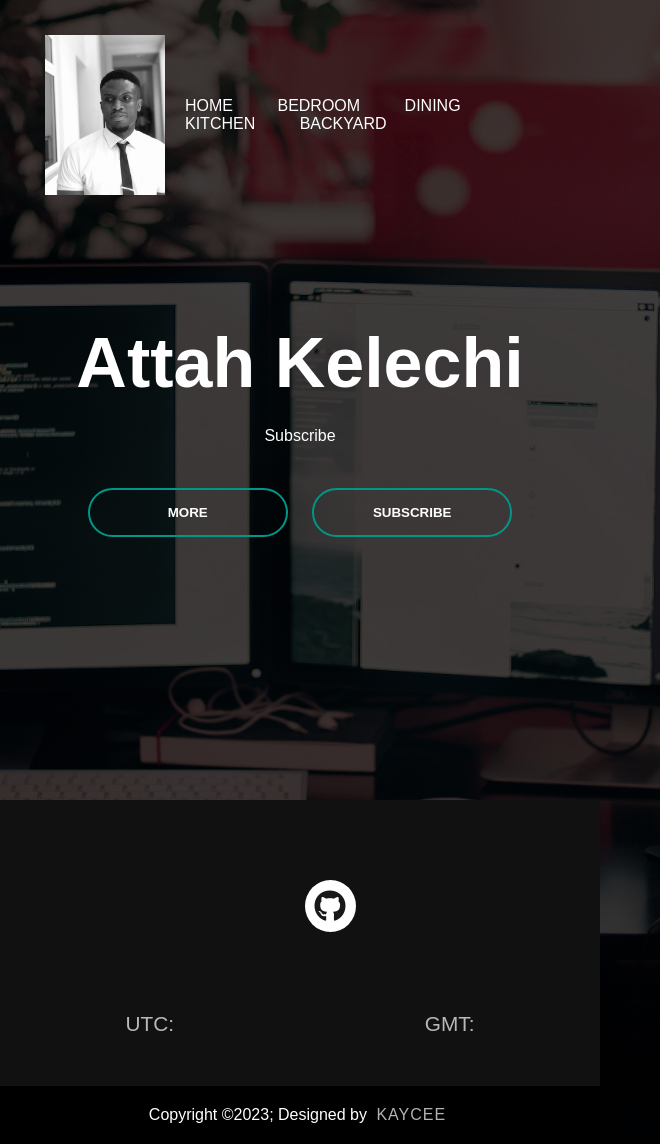
Repository: Kaycee-attah/HNG-Internship_2023
Page: index.html
The author's editor kept a copy of each file at every save. The page is drawn from the files as they stood at one save, then again after the next save.
The browser window is 600 px wide. The page is 660 px wide, so the pictures cover 660 px, including what lies to the right of the window. The pictures show the whole page.

Above is the page before, as saved 2023-09-07 03:15:06.

### index.html
<!DOCTYPE html>
<html lang="en">
<head>
    <meta charset="UTF-8">
    <meta name="viewport" content="width=device-width, initial-scale=1.0">
    <title>How to make a website - Easy tutorial</title>
    <link rel="stylesheet" href="style.css">
    <link rel="stylesheet" href="https://cdnjs.cloudflare.com/ajax/libs/font-awesome/6.4.2/css/all.min.css" integrity="sha512-z3gLpd7yknf1YoNbCzqRKc4qyor8gaKU1qmn+CShxbuBusANI9QpRohGBreCFkKxLhei6S9CQXFEbbKuqLg0DA==" crossorigin="anonymous" referrerpolicy="no-referrer" />
</head>
<body>
    <div class="banner">
        <div class="navbar">
            <img class="logo" src="slack_DP.JPG" alt="Kaycee" data-testid="slackDisplayImage">
            <ul>
                <li><a href="#">Home</a></li>
                <li><a href="#">Bedroom</a></li>
                <li><a href="#">Dining</a></li>
                <li><a href="#">Kitchen</a></li>
                <li><a href="#">Backyard</a></li>
            </ul>
        </div>
    </div>
    <div class="content">
        <h1 data-testid="slackUserName">Attah Kelechi</h1>
        <p>Subscribe</p>
        <div>
            <button type="button"><span class="btn"></span> MORE</button>
            <button type="button"><span class="btn"></span>SUBSCRIBE</button>
        </div>
    </div>
    <footer>
        <div class="footer_Container">
            <div class="social-icon">
                <a href=""><i class="fa-brands fa-github"></i></a>
            </div>

        </div>
        <div class="footer_Info">
            <ul>
                <li>UTC: </li>
                <li>GMT: </li>
            </ul>
        </div>
        <div class="footer_Bottom">
            <p>Copyright &copy;2023; Designed by <span class="designer">Kaycee</span></p>
        </div>
    </footer>

    <script src="script.js"></script>
</body>

</html>

### style.css
*{
    margin: 0;
    padding: 0;
    font-family: sans-serif;

}
body{
    background-image: linear-gradient(rgba(0,0,0,0.75), rgba(0,0,0,0.75)), url(IMG_6759.JPG);
    background-size: cover;
    background-position: center;
}

.banner{
    width: 100%;
    height: 100vh;


}
.navbar{
    width: 85%;
    margin: auto;
    padding: 35px 0;
    display: flex;
    align-items: center;
    justify-content: space-between;
}
.logo{
    width: 120px;
    cursor: pointer;
}
.navbar ul li{
    list-style: none;
    display: inline-block;
    margin: 0 20px;
    position: relative;
}
.navbar ul li a{
    text-decoration: none;
    color: #fff;
    text-transform: uppercase;
}
.navbar ul li::after{
    content: "";
    height: 3px;
    width: 0;
    background: #009688;
    position: absolute;
    left: 0;
    bottom: -10px;
    transition: 0.5s;
}
.navbar ul li:hover::after{
    width: 100%;
}
.content{
    width: 100%;
    position: absolute;
    top: 50%;
    transform: translateY(-50%);
    text-align: center;
    color: #fff;
}
.content h1{
    font-size: 70px;
    margin-top: 80px;
}
.content p{
    margin: 20px auto;
    font-weight: 100;
    line-height: 25px;
}
button{
    width: 200px;
    padding: 15px 0;
    text-align: center;
    margin: 20px 10px;
    border-radius: 25px;
    font-weight: bold;
    border: 2px solid #009688;
    background: transparent;
    color: #fff;
    cursor: pointer;
    position: relative;
    overflow: hidden;
}
.btn{
    background: #009688;
    height: 100%;
    width: 0;
    border-radius: 25px;
    position: absolute;
    left: 0;
    bottom: 0;
    z-index: -1;
    transition: 0.5s;
}
button:hover span{
    width: 100%;
}
footer{
    background-color: #111;
}
.footer_Container{
    width: 100%;
    padding: 70px 30px 20px;
}
.social-icon{
    display: flex;
    justify-content: center;
}
.social-icon a{
    text-decoration: none;
    padding: 10px;
    background-color: white;
    margin: 10px;
    border-radius: 50%;
}
.social-icon a i{
    font-size: 2em;
    color: black;
    opacity: 0.9;
}


.social-icon a:hover{
    background-color: #111;
    transition: 0.5s;
}
.social-icon a:hover i{
    background-color: white;
    transition: 0.5s;
}
.footer_Info{
    margin: 30px 0;
}
.footer_Info ul{
    display: flex;
    justify-content: space-around;
}
.footer_Info ul li{
    color: white;
    margin: 20px;
    text-decoration: none;
    list-style: none;
    font-size: 1.3em;
    opacity: 0.7;
    transition: 0.5s;
}

.footer_Bottom {
    background-color: #000;
    padding: 20px;
    text-align: center;
}
.footer_Bottom p{
    color: white;

}
.designer{
    opacity: 0.7;
    text-transform: uppercase;
    letter-spacing: 1px;
    font-weight: 400;
    margin: 0px 5px;
    /* position: fixed; */
}

### script.js
const now = new Date();
const day = now.getDay();
const hours = now.getHours();
const minutes = now.getMinutes();
const UTCtimeStamp = now.getTime();
const GMTdate_and_time = now.toUTCString();
const daysOfWeek = [
    "Sunday",
    "Monday",
    "Tuesday",
    "Wednesday",
    "Thursday",
    "Friday",
    "Saturday"
]
const today = daysOfWeek[day];
const UTC = now.getUTCMilliseconds();
console.log("Current day of the week:", today)
console.log("UTC:", UTC)

console.log("UTCtimeStamp:", UTCtimeStamp)
console.log("GMTdate_and_time:", GMTdate_and_time)

After the next save:
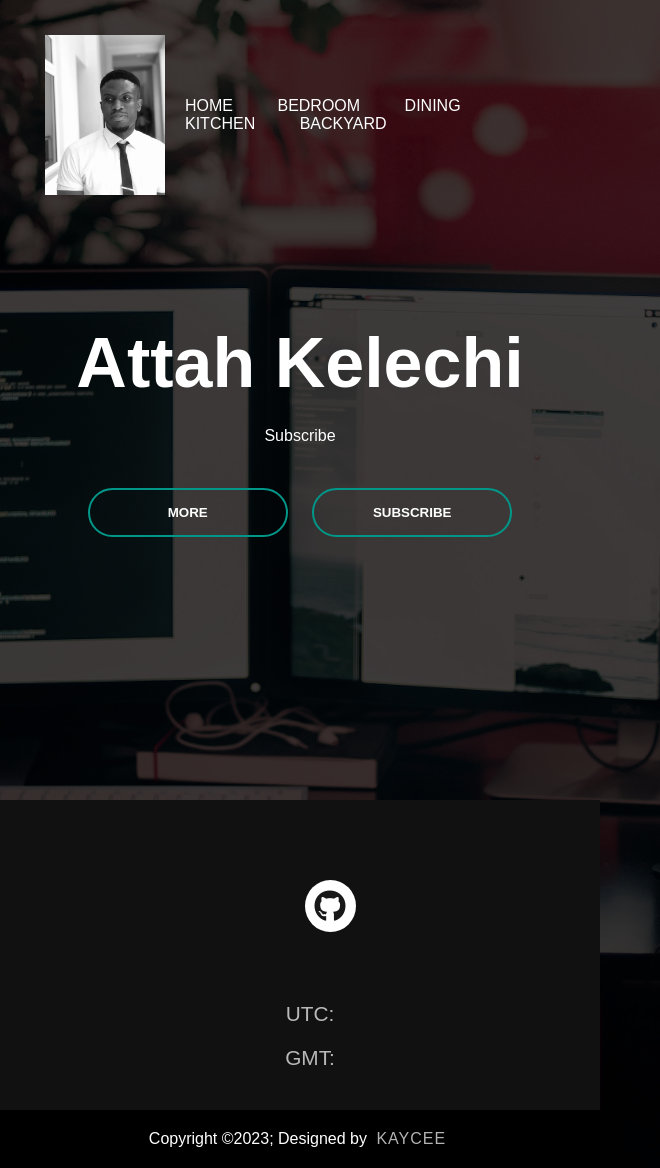
Saved 5 min 14 s later.
--- a/style.css
+++ b/style.css
@@ -164,3 +164,14 @@ footer{
     margin: 0px 5px;
     /* position: fixed; */
 }
+
+@media (max-width: 700px){
+    .footer_Info ul{
+        flex-direction: column;
+    }
+    .footer_Info ul li{
+        width: 100%;
+        text-align: center;
+        margin: 10px;
+    }
+}
